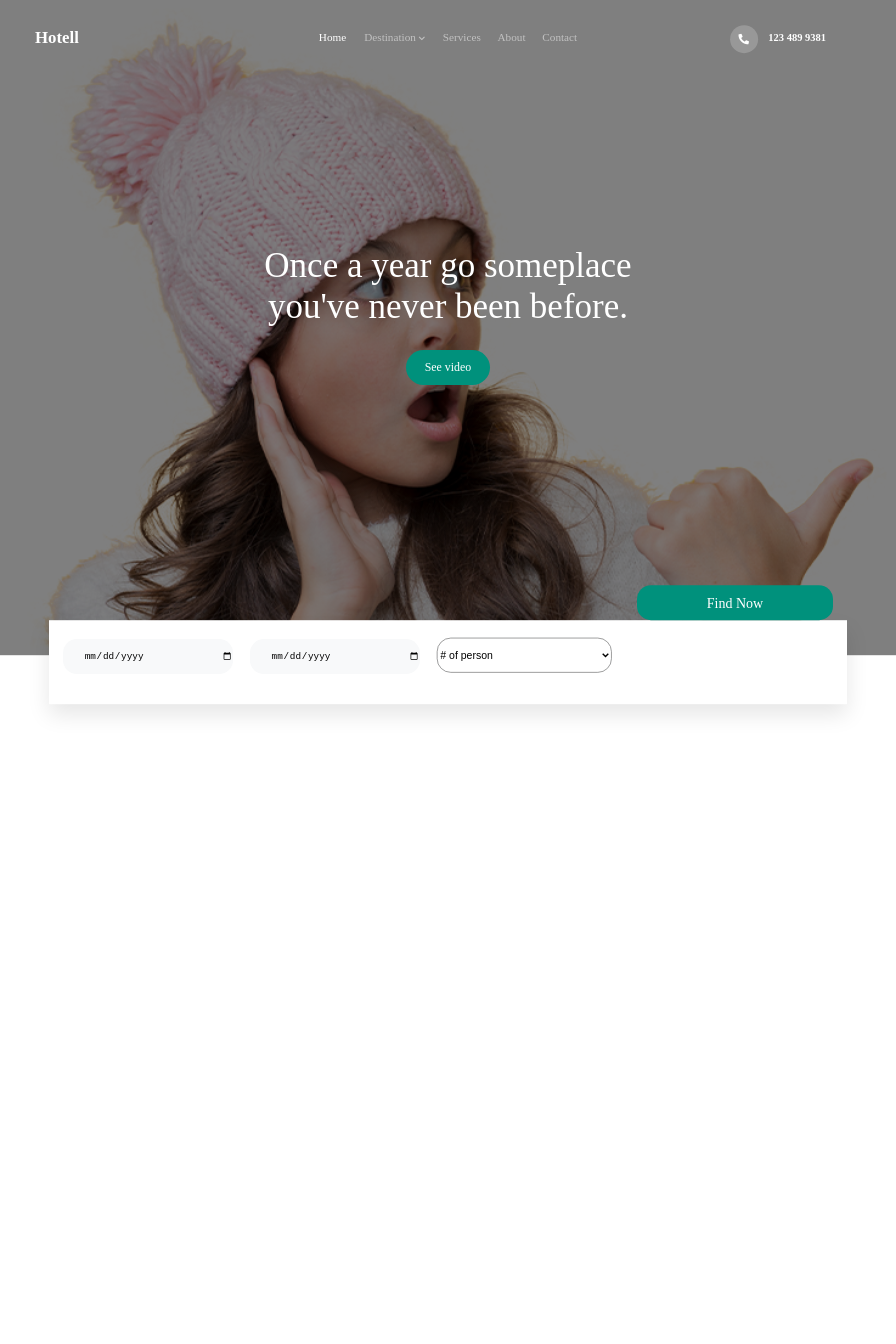
Repository: nhutduy0803/template1
Page: index.html
The author's editor kept a copy of each file at every save. The page is drawn from the files as they stood at one save, then again after the next save.
The browser window is 1280 px wide. The pictures show the part of the page from y = 0 to 1920 px (the page is 5000 px tall), at 70% of full size.

Above is the page before, as saved 2021-11-28 12:47:49.

### index.html
<!DOCTYPE html>
<html lang="en">
  <head>
    <meta charset="UTF-8" />
    <meta http-equiv="X-UA-Compatible" content="IE=edge" />
    <meta name="viewport" content="width=device-width, initial-scale=1.0" />
    <title>TEMPLATE</title>
    <link rel="stylesheet" href="./assets/css/style.css" />
    <link
      rel="stylesheet"
      href="./assets/css/font/fontawesome-free-5.15.4-web/css/all.min.css"
    />
  </head>
  <body>
    <div id="main">
      <div class="slider">
        <div class="header">
          <h2>Hotell</h2>
          <div class="nav">
            <ul>
              <li>Home</li>
              <li>
                Destination
                <i class="fas fa-chevron-down"></i>
                <div class="subnav-one">
                  <ul class="sub-nav">
                    <span>Menu one</span>
                    <span>Menu two</span>
                    <span
                      >Dropdown <i class="fas fa-angle-right"></i>
                      <ul class="sub-nav-two">
                        <span>Menu one</span>
                        <span>Menu two</span>
                        <span>Menu three</span>
                      </ul>
                    </span>
                  </ul>
                </div>
              </li>
              <li>Services</li>
              <li>About</li>
              <li>Contact</li>
            </ul>
            <h3><i class="fas fa-phone-alt"></i> 123 489 9381</h3>
            <p>Once a year go someplace <br />you've never been before.</p>
            <a class="seevideo" href="#">See video</a>
          </div>
          <div class="modal-slider">
            <input type="date" name="" id="" />
            <input type="date" />
            <div class="select-person">
              <select id="number-of-person" class="form-control">
                <option value="#of person"># of person</option>
                <option value="0">0</option>
                <option value="1">1</option>
                <option value="2">2</option>
                <option value="3">3</option>
                <option value="4">4</option>
                <option value="5">5</option>
              </select>
            </div>
            <div class="find-now">Find Now</div>
          </div>
        </div>
        <!-- <img src="./assets/css/img/slider.webp" alt="" /> -->
      </div>
    </div>
  </body>
</html>

### assets/css/style.css
* {
  margin: 0;
  padding: 0;
  box-sizing: border-box;
}

#main {
  width: 100%;
  height: 5000px;
  background: #fff;
}
.header img {
  width: 100%;
  height: 100%;
}

.header {
  position: relative;
  width: 100%;
  height: 130vh;
  background: linear-gradient(rgba(0, 0, 0, 0.5), rgba(0, 0, 0, 0.5)),
    url("./img/slider.webp") top center / cover no-repeat;
}

.header h3 {
  position: absolute;
  top: 45px;
  right: 100px;
  color: #fff;
  font-size: 15px;
}

.header h2 {
  color: #fff;
  top: 40px;
  position: absolute;
  left: 50px;
}

.nav ul li {
  transition: 0.2s;
  margin: 0 10px;
  display: inline-block;
  color: rgba(221, 221, 221, 0.705);
}

.nav li:hover {
  transition: 0.2s;
  color: #fff;
}

.nav ul li:nth-child(1) {
  color: #fff;
}

.nav {
  padding-top: 45px;
  text-align: center;
}

ul .fa-chevron-down {
  font-size: 10px;
}

.nav ul li:nth-child(2) {
  position: relative;
  transition: 0.3s;
  margin: 0 -35px;
}

.nav ul li:nth-child(2):hover .sub-nav {
  opacity: 1;
  bottom: 10px;
}

.sub-nav {
  border-radius: 10px;
  background: #fff;
  height: 130px;
  width: 180px;
  position: absolute;
  color: #000;
  opacity: 0;
  transition: 0.3s;
  bottom: 0;
}

.subnav-one {
  position: relative;
  height: 150px;
  width: 180px;
}

.sub-nav span {
  padding-right: 70px;
  padding-top: 20px;
  display: block;
}

.sub-nav span:hover {
  color: #00917c;
  transition: 0.2s;
}

.sub-nav span .fa-angle-right {
  position: absolute;
  right: 20px;
}

.sub-nav span:nth-child(3) {
  position: relative;
}

.sub-nav span:nth-child(3):hover .sub-nav-two {
  opacity: 1;
  margin-top: -25px;
}

.sub-nav-two {
  margin-top: 0px;
  margin-left: 180px;
  background: #fff;
  height: 130px;
  width: 180px;
  position: absolute;
  border-radius: 10px;
  color: #000;
  opacity: 0;
  transition: 0.3s;
}

.fa-phone-alt {
  position: absolute;
  left: -55px;
  top: -9px;
  background: rgba(255, 255, 255, 0.2);
  border-radius: 50%;
  height: 40px;
  width: 40px;
  padding-top: 13px;
  color: #fff;
  transition: 0.2s;
  font-size: 15px;
}

.fa-phone-alt:hover {
  border: 2px solid #fff;
  transition: 0.2s;
}

.header p {
  transform: translate(-50%);
  left: 50%;
  color: #fff;
  position: absolute;
  top: 350px;
  font-size: 50px;
}

.seevideo {
  position: absolute;
  top: 500px;
  left: 50%;
  transform: translate(-50%);
  width: 120px;
  height: 50px;
  background: #00917c;
  color: #fff;
  border-radius: 25px;
  display: flex;
  justify-content: center;
  align-items: center;
  text-decoration: none;
  font-size: 17px;
}

.modal-slider {
  width: 1140px;
  height: 120px;
  background: #fff;
  position: absolute;
  bottom: -70px;
  left: 50%;
  transform: translate(-50%);
  box-shadow: 0 15px 30px 0 rgb(0 0 0 / 10%);
}

.modal-slider input {
  margin-top: 27px;
  margin-left: 50px;
  border-radius: 20px;
  background: #f8f9fa;
  padding-left: 30px;
  border: none;
  height: 50px;
  width: 243px;
}

.modal-slider ::-webkit-input-placeholder {
  color: rgba(0, 0, 0, 0.726);
  font-size: 15px;
}

.modal-slider .fa-calendar-alt {
  margin-left: -30px;
}

.modal-slider input {
  margin-left: 20px;
}

.date {
  position: absolute;
  top: 0px;
  width: 200px;
  height: 300px;
  background: #fff;
  z-index: 1;
}

.select-person {
  background: #f8f9fa;
  border-radius: 20px;
  height: 50px;
  width: 250px;
  display: inline-block;
  color: #000;
  margin-left: 20px;
}

.form-control {
  border-radius: 20px;
  background: #fff;
  height: 50px;
  width: 250px;
  color: #000;
  font-size: 15px;
}

.find-now {
  position: absolute;
  right: 20px;
  background: #00917c;
  border-radius: 20px;
  height: 50px;
  width: 280px;
  display: inline-block;
  display: flex;
  justify-content: center;
  align-items: center;
  color: #fff;
  font-size: 20px;
  top: -50px;
}

Loaded but not shown: assets/css/font/fontawesome-free-5.15.4-web/css/all.min.css (library)

After the next save:
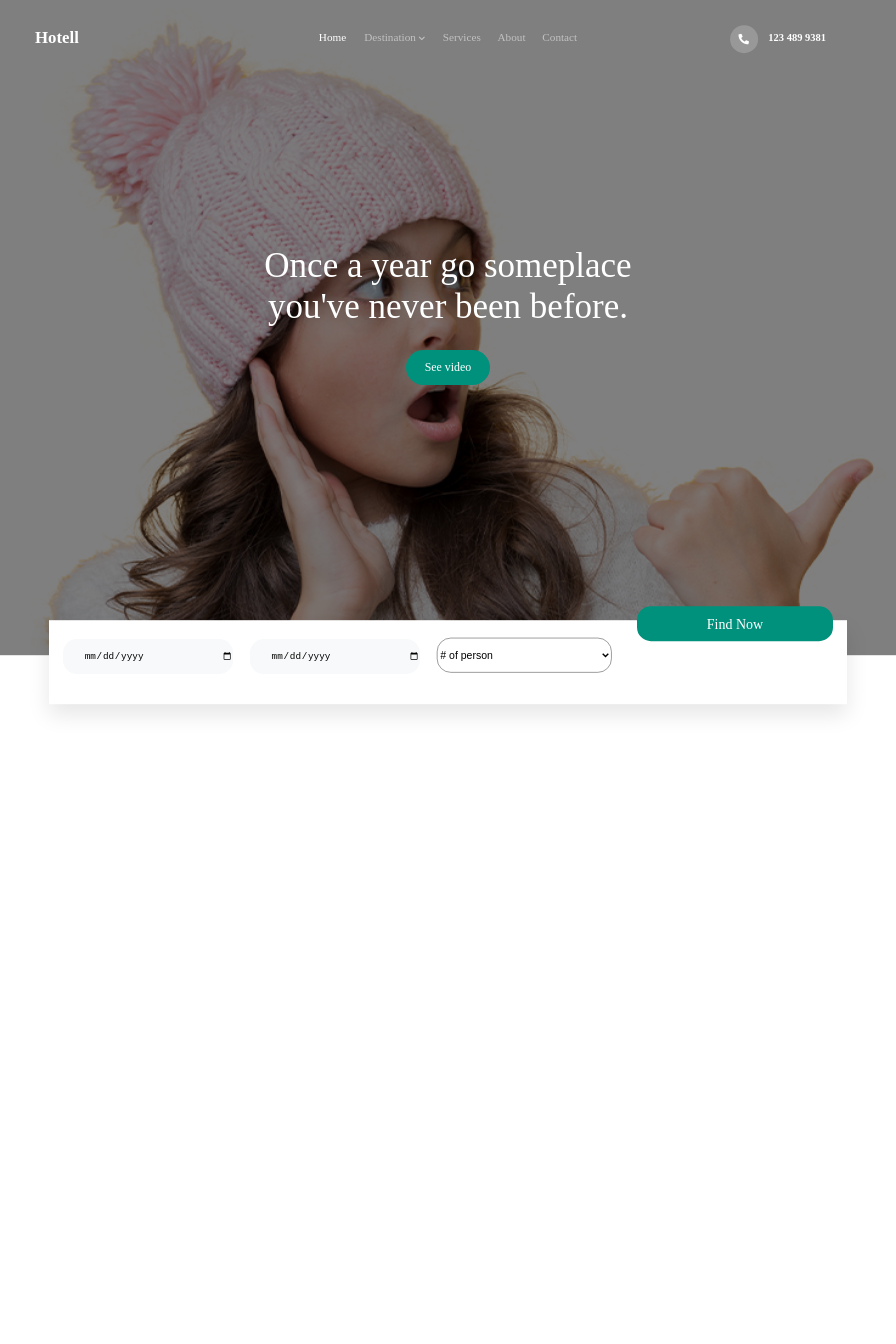
Saved 8 s later.
--- a/assets/css/style.css
+++ b/assets/css/style.css
@@ -250,5 +250,5 @@ ul .fa-chevron-down {
   align-items: center;
   color: #fff;
   font-size: 20px;
-  top: -50px;
-}
+  top: -20px;
+}
